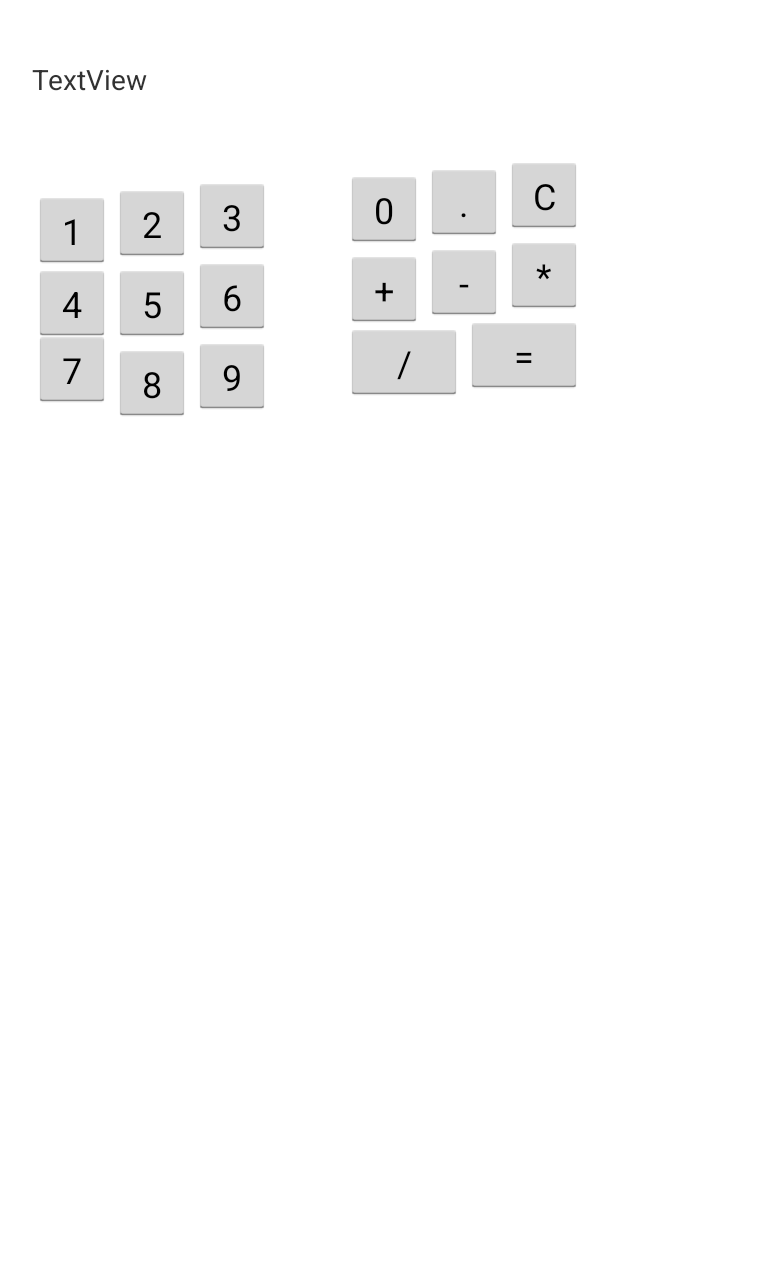
Repository: khushboop-optimus/Android-Assignment
Layout: calculator/res/layout/activity_main.xml
These files come from the project's save history. The layout is drawn as it stood at one moment and after a run of saves; the edit follows.
It is drawn on a 768 x 1280 px phone screen (xhdpi) without system bars, with theme AppTheme; the app's code is not run.

Above is the layout before, as saved 2013-09-13 04:30:52.

After the next 2 saves:
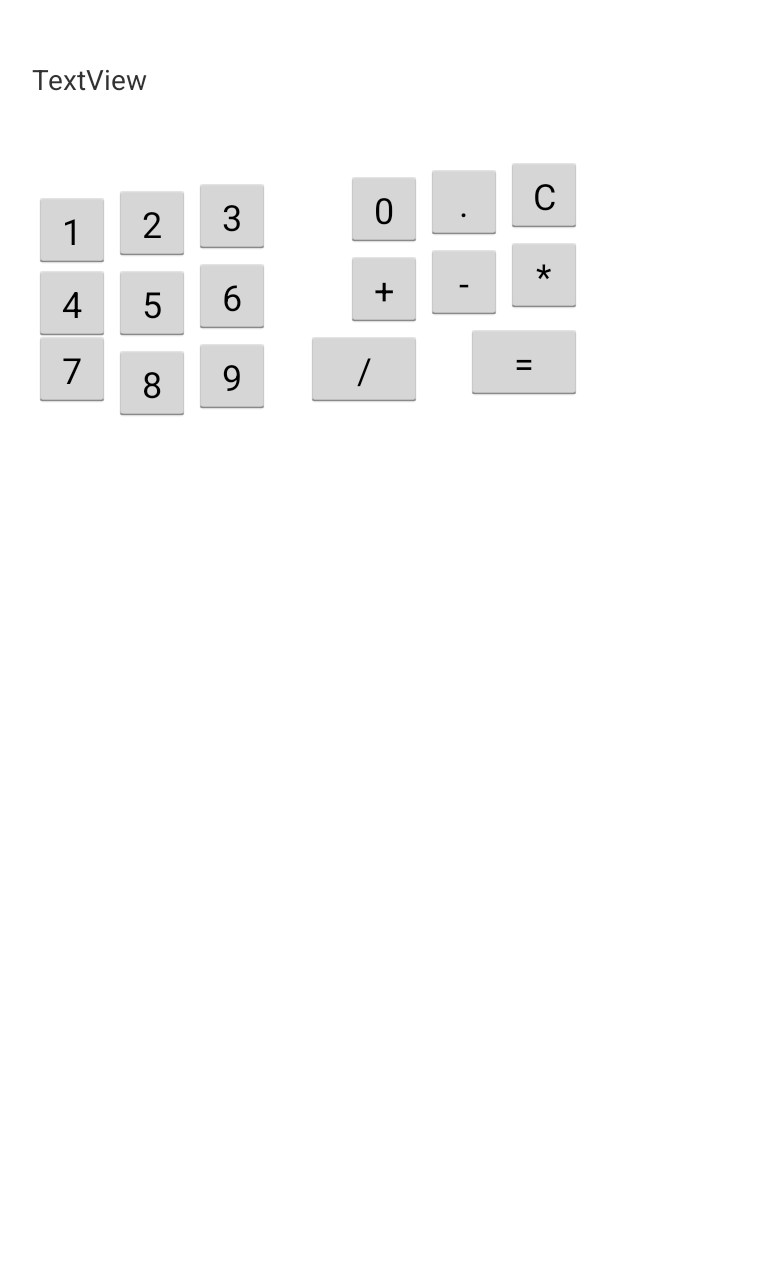
The 2 saves are shown as one change because 1 did not build or start.
The last was saved 65 s later.
--- a/calculator/res/layout/activity_main.xml
+++ b/calculator/res/layout/activity_main.xml
@@ -148,6 +148,15 @@
                 android:text="+" />
 
             <Button
+                android:id="@+id/Button07"
+                android:layout_width="60dp"
+                android:layout_height="40dp"
+                android:layout_alignBaseline="@+id/9"
+                android:layout_alignBottom="@+id/9"
+                android:layout_toLeftOf="@+id/Button05"
+                android:text="/" />
+
+            <Button
                 android:id="@+id/Button08"
                 android:layout_width="60dp"
                 android:layout_height="40dp"
@@ -156,12 +165,4 @@
                 android:layout_alignRight="@+id/Button06"
                 android:text="=" />
 
-            <Button
-                android:id="@+id/Button07"
-                android:layout_width="60dp"
-                android:layout_height="40dp"
-                android:layout_below="@+id/Button05"
-                android:layout_toLeftOf="@+id/Button08"
-                android:text="/" />
-
 </RelativeLayout>

After the save that followed:
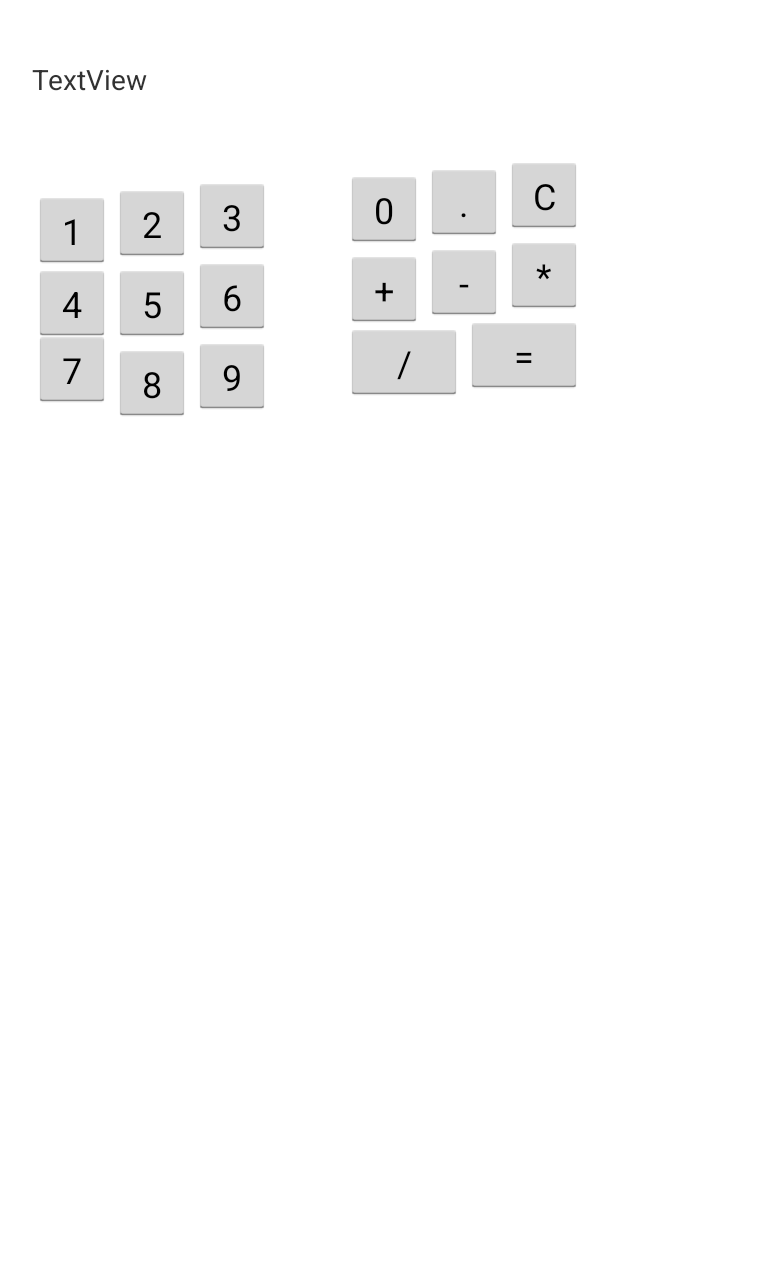
Saved 13 s later.
--- a/calculator/res/layout/activity_main.xml
+++ b/calculator/res/layout/activity_main.xml
@@ -148,15 +148,6 @@
                 android:text="+" />
 
             <Button
-                android:id="@+id/Button07"
-                android:layout_width="60dp"
-                android:layout_height="40dp"
-                android:layout_alignBaseline="@+id/9"
-                android:layout_alignBottom="@+id/9"
-                android:layout_toLeftOf="@+id/Button05"
-                android:text="/" />
-
-            <Button
                 android:id="@+id/Button08"
                 android:layout_width="60dp"
                 android:layout_height="40dp"
@@ -165,4 +156,12 @@
                 android:layout_alignRight="@+id/Button06"
                 android:text="=" />
 
+            <Button
+                android:id="@+id/Button07"
+                android:layout_width="60dp"
+                android:layout_height="40dp"
+                android:layout_alignLeft="@+id/Button04"
+                android:layout_below="@+id/Button05"
+                android:text="/" />
+
 </RelativeLayout>
